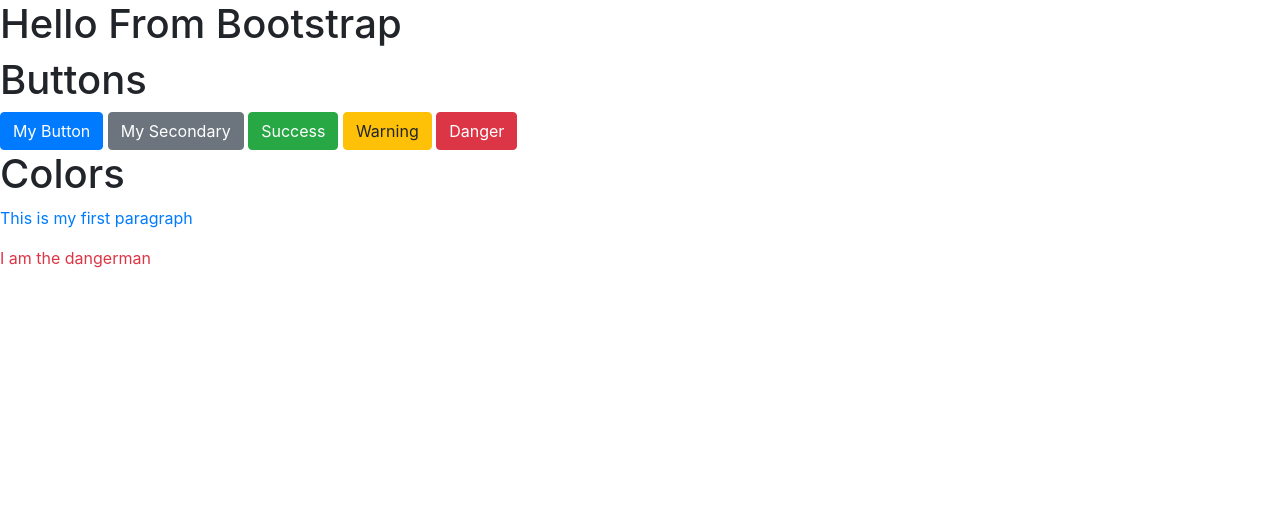
Repository: mohsinfarabi/bootstrap-practice
Page: index.html
These files come from the project's save history. The page is drawn as it stood at one moment and after the next save; the edit follows.
The browser window is 1280 px wide. The pictures show the whole page.

Above is the page before, as saved 2020-07-06 02:51:10.

After the next save:
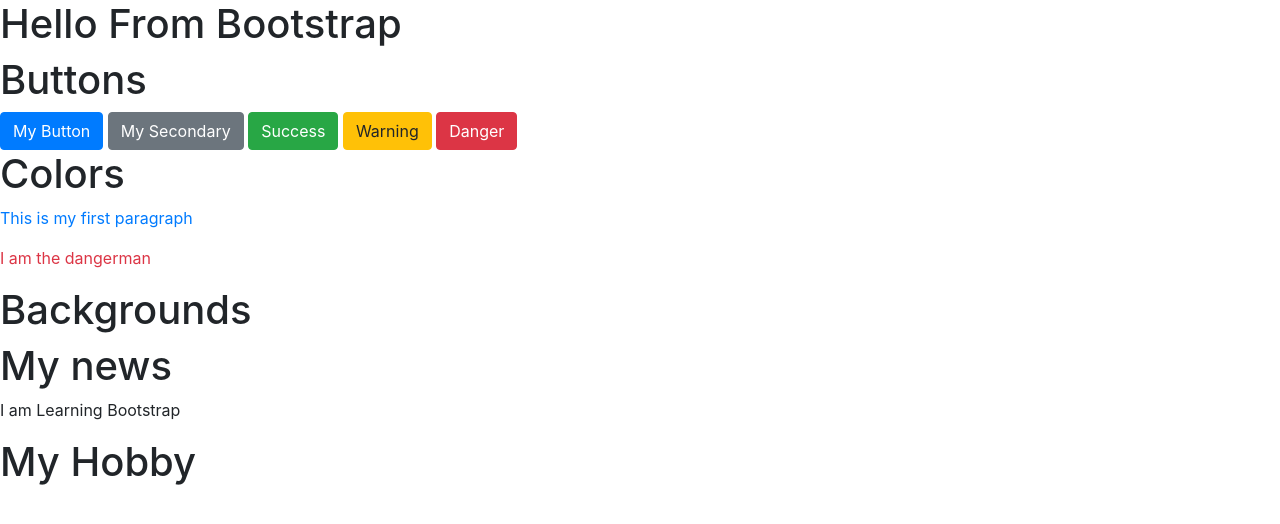
Saved 74 s later.
--- a/index.html
+++ b/index.html
@@ -20,6 +20,15 @@
     <h1>Colors</h1>
     <p class="text-primary">This is my first paragraph</p>
     <p class="text-danger">I am the dangerman</p>
+
+    <h1>Backgrounds</h1>
+    <div>
+        <h1>My news</h1>
+        <p>I am Learning Bootstrap</p>
+    </div>
+    <div>
+        <h1>My Hobby</h1>
+    </div>
 </body>
 
 </html>
